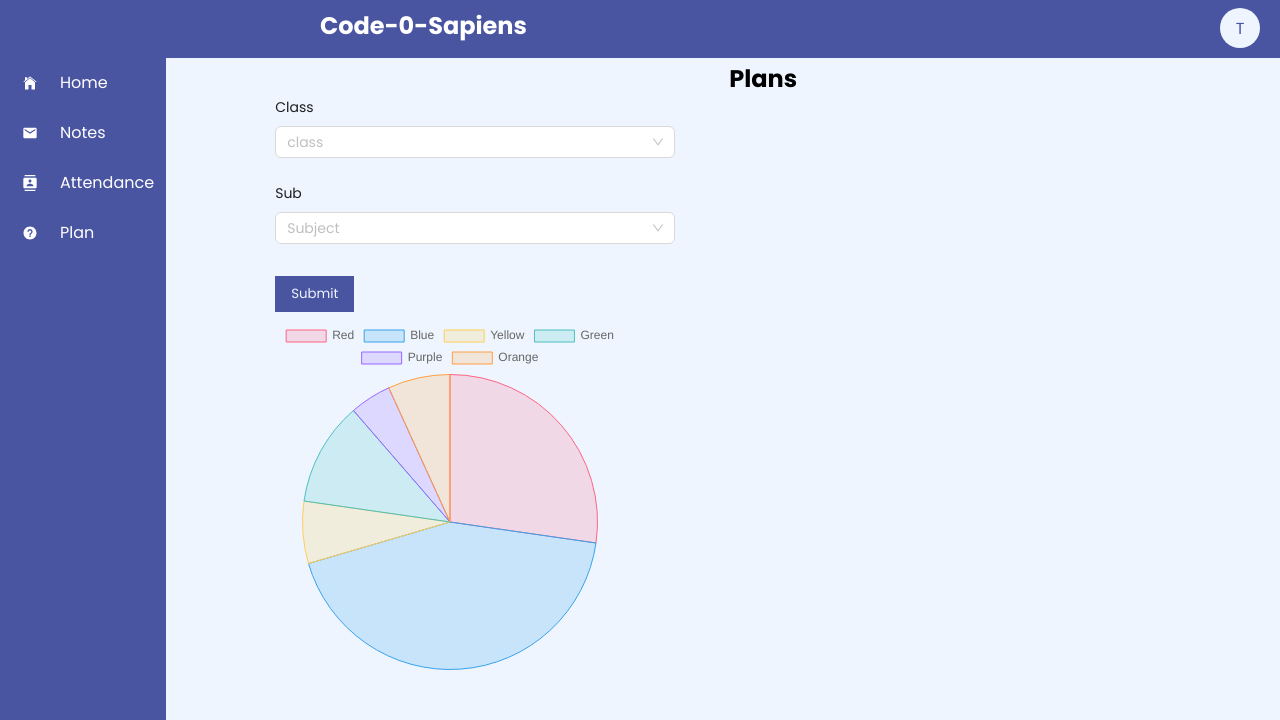
Repository: sinchana-P/code-0-sapiens
Page: /plans (app in client/)
The author's editor kept a copy of each file at every save. The page is drawn from the files as they stood at one save, then again after the next save.
The browser window is 1280 px wide. The pictures show the whole page.
The project was rebuilt for these pictures with package versions that can differ from the ones it lists, and the page was loaded fresh each time. Also part of the build but not shown: client/src/components/auth/login/FormLayoutLogin.jsx, client/src/components/auth/login/Login.jsx, client/src/components/auth/register/FormLayoutRegister.jsx, client/src/components/auth/register/Register.jsx, client/src/components/homeScene/Home.jsx, client/src/components/notes/Notes.jsx, client/src/components/attendance/Attendance.jsx, client/src/components/profile/Profile.jsx and 5 more.

Above is the page before, as saved 2024-03-01 07:33:36.

### client/public/index.html
<!DOCTYPE html>
<html lang="en">
  <head>
    <meta charset="utf-8" />
    <link rel="icon" href="%PUBLIC_URL%/favicon.ico" />
    <meta name="viewport" content="width=device-width, initial-scale=1" />
    <meta name="theme-color" content="#000000" />
    <meta
      name="description"
      content="Web site created using create-react-app"
    />
    <link rel="apple-touch-icon" href="%PUBLIC_URL%/logo192.png" />
    <!--
      manifest.json provides metadata used when your web app is installed on a
      user's mobile device or desktop. See https://developers.google.com/web/fundamentals/web-app-manifest/
    -->
    <link rel="manifest" href="%PUBLIC_URL%/manifest.json" />
    <!--
      Notice the use of %PUBLIC_URL% in the tags above.
      It will be replaced with the URL of the `public` folder during the build.
      Only files inside the `public` folder can be referenced from the HTML.

      Unlike "/favicon.ico" or "favicon.ico", "%PUBLIC_URL%/favicon.ico" will
      work correctly both with client-side routing and a non-root public URL.
      Learn how to configure a non-root public URL by running `npm run build`.
    -->
    <link rel="preconnect" href="https://fonts.googleapis.com">
<link rel="preconnect" href="https://fonts.gstatic.com" crossorigin>
<link href="https://fonts.googleapis.com/css2?family=Poppins:ital,wght@0,100;0,200;0,300;0,400;0,500;0,600;0,700;0,800;0,900;1,100;1,200;1,300;1,400;1,500;1,600;1,700;1,800;1,900&display=swap" rel="stylesheet">
    <title>Code-0-Sapiens</title>
  </head>
  <body>
    <noscript>You need to enable JavaScript to run this app.</noscript>
    <div id="root"></div>
    <!--
      This HTML file is a template.
      If you open it directly in the browser, you will see an empty page.

      You can add webfonts, meta tags, or analytics to this file.
      The build step will place the bundled scripts into the <body> tag.

      To begin the development, run `npm start` or `yarn start`.
      To create a production bundle, use `npm run build` or `yarn build`.
    -->
  </body>
</html>

### client/src/index.js
import React from 'react';
import ReactDOM from 'react-dom/client';
import './index.css';
import App from './App';
import reportWebVitals from './reportWebVitals';
import { BrowserRouter } from 'react-router-dom'
import { apiSlice } from './api/apiSlice';
import {ApiProvider} from '@reduxjs/toolkit/query/react'

const root = ReactDOM.createRoot(document.getElementById('root'));
root.render(
  <BrowserRouter>
    <React.StrictMode>
      <ApiProvider api={apiSlice}>
        <App />
      </ApiProvider>
    </React.StrictMode>
  </BrowserRouter>,
);

// If you want to start measuring performance in your app, pass a function
// to log results (for example: reportWebVitals(console.log))
// or send to an analytics endpoint. Learn more: https://bit.ly/CRA-vitals
reportWebVitals();

### client/src/App.jsx

import './App.css';
import { useState } from 'react';
import { Routes, Route } from 'react-router-dom'
import Login from './components/auth/login/Login'
import Register from './components/auth/register/Register';
import Topbar from './components/global/topbar/Topbar';
import Sidebar from './components/global/sidebar/Sidebar';
import Home from './components/homeScene/Home';
import Notes from './components/notes/Notes';
import Plans from './components/plans/Plans';
import Attendance from './components/attendance/Attendance';
import Profile from './components/profile/Profile';
import StudentSidebar from './components/global/sidebar/StudentSidebar';
import StdHome from './components/stdHome/StdHome';
import StdAttendance from './components/stdAttendance/StdAttendance'
import StdNotes from './components/stdNotes/StdNotes';
import StdDoubts from './components/stdDoubts/StdDoubts';

function App() {
  const [userRole, setUserRole] = useState('Teacher')

  return (
    <div className="App">
      <div className='app-container'>

      <Topbar userRole={userRole}/>

        <div className='main-content'>
          <div className='left-content-container'>

          {
            userRole === 'Teacher' ? (<Sidebar /> ) : (<StudentSidebar /> )
          }

          </div>
          <div className='right-content-container'>
            <Routes>
              <Route path='/login' element={ <Login/> } />
              <Route path='/register' element={ <Register/> } />
              <Route path='/home' element={ <Home/> } />
              <Route path='/notes' element={ <Notes/> } />
              <Route path='/attendance' element={ <Attendance/> } />
              <Route path='/plans' element={ <Plans/> } />
              {/* <Route path='/profile' element={ <Profile/> } /> */}
              <Route path='/student' element={ <StdHome/> } />
              <Route path='/student/attendance' element={ <StdAttendance/> } />
              <Route path='/student/attendance' element={ <StdNotes/> } />
              <Route path='/student/attendance' element={ <StdDoubts/> } />
            </Routes>
          </div>
        </div>
      </div>

    </div>
  );
}

export default App;

### client/src/App.css
@import url('https://fonts.googleapis.com/css2?family=Poppins:ital,wght@0,100;0,200;0,300;0,400;0,500;0,600;0,700;0,800;0,900;1,100;1,200;1,300;1,400;1,500;1,600;1,700;1,800;1,900&display=swap');

* {
  font-family: "Poppins", sans-serif;
}

/* --- */
.full-width-container {
  width: 100%;
  display: flex;
  justify-content: center;
  align-items: center;
}
/* --- */

.right-content-container {
  background-color: #EEF5FF;
  display: flex;
  align-items: start;
  justify-content: center;
}

.app-container {
  display: flex;
  flex-direction: column;
}

.main-content {
  display: flex;
  flex-direction: row;
}

.left-content-container {
  width: 13vw;
}

.right-content-container {
  width: 87vw;

}

### client/src/components/global/topbar/Topbar.jsx
import React, {useState} from 'react'
import './Topbar.css'

const Topbar = ({userRole}) => {
  // const [userRole, setUserRole] = useState('Teacher')

  return (
    <div className='topbar-container'>
        <h2 style={{textAlign: 'left'}} className='logo-text'>Code-0-Sapiens</h2>

        <div className='profile-div'>
          {userRole === 'Teacher' ? 'T' : (userRole === 'Student' ? 'S' : '')}
        </div>
    </div>
  )
}

export default Topbar

### client/src/components/global/sidebar/Sidebar.jsx
import './Sidebar.css'
import { SidebarData } from './SidebarData';
import { Link, NavLink } from 'react-router-dom';


const Sidebar=()=> {
  return (
    <div className='sidebar'>
       <ul className='sidebarList'>
        {
        SidebarData.map((value,key)=>{
            return (
              <NavLink to={value.route} key={key} className='row' >
                <div id='icon'>{value.icon}</div>
                <div id='title'>{value.title}</div>
              </NavLink>
            )
        })
        }
       </ul>
    </div>
  )
}

export default Sidebar

### client/src/components/plans/Plans.jsx
import React, {useState} from 'react';
import { Form, Select, Checkbox } from 'antd';
import './Plans.css'
import { Chart as ChartJS, ArcElement, Tooltip, Legend } from 'chart.js';
import { Pie } from 'react-chartjs-2';


const SidebarData = [
  {
    cls_id: '8',
    sub_id: '1',
    mod_id: 'Module 1',
    chp_id: 'Chapter 1',
    completed: true
  },
  {
    cls_id: '8',
    sub_id: '1',
    mod_id: 'Module 1',
    chp_id: 'Chapter 2',
    completed: false
  },
  {
    cls_id: '8',
    sub_id: '1',
    mod_id: 'Module 1',
    chp_id: 'Chapter 3',
    completed: true
  },
  {
    cls_id: '8',
    sub_id: '1',
    mod_id: 'Module 1',
    chp_id: 'Chapter 4',
    completed: false
  },
  {
    cls_id: '8',
    sub_id: '1',
    mod_id: 'Module 1',
    chp_id: 'Chapter 5',
    completed: true
  },
  {
    cls_id: '8',
    sub_id: '1',
    mod_id: 'Module 2',
    chp_id: 'Chapter 1',
    completed: false
  },
  {
    cls_id: '8',
    sub_id: '1',
    mod_id: 'Module 2',
    chp_id: 'Chapter 2',
    completed: true
  },
  {
    cls_id: '8',
    sub_id: '1',
    mod_id: 'Module 2',
    chp_id: 'Chapter 3',
    completed: true
  },
  {
    cls_id: '8',
    sub_id: '1',
    mod_id: 'Module 2',
    chp_id: 'Chapter 4',
    completed: true
  },
  {
    cls_id: '8',
    sub_id: '1',
    mod_id: 'Module 2',
    chp_id: 'Chapter 5',
    completed: true
  }
];

const CheckboxGroup = Checkbox.Group;
ChartJS.register(ArcElement, Tooltip, Legend);

const Plans = () => {

    const [isSubmit, setIsSubmit] = useState(false)

    const data = {
      labels: ['Red', 'Blue', 'Yellow', 'Green', 'Purple', 'Orange'],
      datasets: [
        {
          label: '# of Votes',
          data: [12, 19, 3, 5, 2, 3],
          backgroundColor: [
            'rgba(255, 99, 132, 0.2)',
            'rgba(54, 162, 235, 0.2)',
            'rgba(255, 206, 86, 0.2)',
            'rgba(75, 192, 192, 0.2)',
            'rgba(153, 102, 255, 0.2)',
            'rgba(255, 159, 64, 0.2)',
          ],
          borderColor: [
            'rgba(255, 99, 132, 1)',
            'rgba(54, 162, 235, 1)',
            'rgba(255, 206, 86, 1)',
            'rgba(75, 192, 192, 1)',
            'rgba(153, 102, 255, 1)',
            'rgba(255, 159, 64, 1)',
          ],
          borderWidth: 1,
        },
      ],
    };

  // Grouping chapters by module
  const groupedChapters = SidebarData.reduce((acc, curr) => {
    const { mod_id, chp_id } = curr;
    if (!acc[mod_id]) {
      acc[mod_id] = [];
    }
    acc[mod_id].push(chp_id);
    console.log('acc');
    console.log(acc);
    return acc;
  }, {});

  const handleSubmit = () => {
    setIsSubmit(true)
  }

  return (
    <div className='plans-main'>
      <h2 className='heading'>Plans</h2>
        <Form
            layout="vertical"
            name="basic"
            labelCol={{ span: 8 }}
            wrapperCol={{ span: 16 }}
            style={{ maxWidth: 600 }}
            initialValues={{ remember: true }}
            autoComplete="off"
        >
            <Form.Item label="Class" rules={[{ required: true, message: 'Please select class!' }]}>
            <Select placeholder="class">
                <Select.Option value="class8">Class 8</Select.Option>
                <Select.Option value="class9">Class 9</Select.Option>
                <Select.Option value="class10">Class 10</Select.Option>
            </Select>
            </Form.Item>
            <Form.Item label="Sub" rules={[{ required: true, message: 'Please select class!' }]}>
            <Select placeholder="Subject">
                <Select.Option value="maths">Maths</Select.Option>
                <Select.Option value="science">Science</Select.Option>
                <Select.Option value="social">Social</Select.Option>
            </Select>
            </Form.Item>
        </Form>

        <button onClick={handleSubmit}>Submit</button>

            <div>
                {isSubmit && (
                    <>
                    {Object.keys(groupedChapters).map((module, index) => (

                      <div key={index} className='module-chapters-checkbox'>
                      <h3>{module}</h3>
                      <CheckboxGroup>
                          {groupedChapters[module].map((chapter, i) => (
                          <Checkbox checked key={i} value={chapter} style={{width: '1200px'}} >
                              {chapter}
                          </Checkbox>
                          ))}
                      </CheckboxGroup>

                      </div>

                  ))}
                  <button>Update Plan</button>
                    </>
                )}
            </div>

            <div style={{width:'350px', height: '350px'}} className='pie-container'>
              <Pie
                data={data}
                width={50}
                height={50}
              />
            </div>



        </div>



  );
}

export default Plans;

### client/src/components/auth/login/Login.css
.login-container{
    padding: 1rem 0;
    /* background-color: pink; */
    width: 50vw;

}

h2 {
    text-align: center;
    margin-left: 20rem;
}

### client/src/components/auth/register/Register.css
.register-container{
    padding: 1rem 0;
    /* background-color: pink; */
    width: 50vw;

}

h2 {
    text-align: center;
    margin-left: 20rem;
}

### client/src/components/global/topbar/Topbar.css
.topbar-container {
    background-color: #4A55A2;
    min-width: 95vw;
    height: 4rem;
    display: flex;
    flex-direction: row;
    justify-content: space-between;
}

.profile-div {
    background-color: #EEF5FF;
    color: #4a55a2;
    width: 40px;
    height: 40px;
    border-radius: 50%;
    display: flex;
    justify-content: center;
    align-items: center;
    margin-top: 8px;
    margin-right: 20px;
}

.logo-text {
    color: white;
    /* text-align: center; */
    margin-top: 0.5rem;
}

### client/src/components/global/sidebar/Sidebar.css
*{
    margin: 0;
    padding: 0;
  }
  .App{
    width: 100vw;
    height: 100vh;
    display: flex;
  }

  .sidebar{
    height: 92vh;
    width: 200px;
    background-color: #4A55A2;
  }

  .sidebarList{
    height: auto;
    width: 100%;
    padding: 0;
  }

  .sidebarList .row{
    width: 100%;
    height: 50px;
    list-style-type: none;
    margin: 0;
    display: flex;
    flex-direction: row;
    color: white;
    justify-content: center;
    align-items: center;
    text-decoration: none;
  }

  .sidebarList .row:hover{
    cursor: pointer;
    background-color: #EEF5FF;
    color: black;

  }

  .row #icon{
    flex: 30%;
    display: grid;
    place-items: center;
  }

  .row #title{
    flex: 70%;
  }

  .row .active {
    background-color: #EEF5FF;
    color: black;
  }

### client/src/components/global/sidebar/SidebarData.js
import { IoIosHome,IoMdHelpCircle } from "react-icons/io";
import { MdEmail,MdContacts } from "react-icons/md";
import { FaRegCalendarCheck } from "react-icons/fa";


export const SidebarData=[
       {
              title:"Home",
              icon:<IoIosHome />,
              route:"/"
       },
       {
              title:"Notes",
              icon:<MdEmail />,
              route:"/notes"
       },
       {
              title:"Attendance",
              icon:<MdContacts />,
              route:"/attendance"
       },
       {
              title:"Plan",
              icon:<IoMdHelpCircle />,
              route:"/plans"
       },
       // {
       //        title:"Profile",
       //        icon:<FaRegCalendarCheck />,
       //        route:"/profile"
       // },
]

### client/src/components/notes/Notes.css
.notes-main {
    width: 87vw;
}

.heading {
    margin-left: 28rem;
}

.notes-container{
    margin: 1rem 18rem;
}

.notes-form-container {
    padding: 1rem 0;
}

.notes-upload-main {
    display: flex;
    flex-direction: row;
}


.notes-upload-container {
    display: flex;
    flex-direction: column;
}

.notes-pdf, .notes-link {
    display: flex;
    flex-direction: row;
    padding: 0.5rem 0;
}

.notes-upload-container {
    padding: 0rem 1rem;
}

p{
    font-weight: bold;
}

### client/src/components/plans/Plans.css
.plans-main{
    width: 70vw;
    padding: 0.2rem 5rem;
    /* max-height: 90vh; */

}

.module-chapters-checkbox {
    display: flex;
    flex-direction: column;
    justify-content: start;
}

.heading {
    margin-left: 5rem;
}

.plans-checkbox-chart-container {
    display: flex;
    flex-direction: row;
    justify-content: space-evenly;

}

### client/src/components/attendance/Attendance.css
.attendance-main {
    /* background-color: pink; */
    width: 80vw;
}

.attendance-class {
    /* background-color: pink; */
}

.attendance-class-inputs-container {
    display: flex;
    flex-direction: row;
    min-width: 80vw;
}

.attendance-class-each {
    width: 15rem;
    margin: 2rem;
}

button {
    background-color: #4a55a2;
    color: #EEF5FF;
    border: none;
    padding: 0.5rem 1rem;
    margin: 0.5rem 0;
}

button:hover {
    background-color: #b9cae3;
    color: #4a55a2;
    cursor: pointer;
}

### client/src/components/stdAttendance/StdAttendance.css
.attendance-main {
    /* background-color: pink; */
    width: 87vw;
    padding: 1rem 20rem;
}

.attendance-class {
    /* background-color: pink; */
}

.attendance-class-inputs-container {
    display: flex;
    flex-direction: row;
    min-width: 80vw;
}

.attendance-class-each {
    width: 15rem;
    margin: 2rem;
}

button {
    background-color: #4a55a2;
    color: #EEF5FF;
    border: none;
    padding: 0.5rem 1rem;
    margin: 0.5rem 0;
}

button:hover {
    background-color: #b9cae3;
    color: #4a55a2;
    cursor: pointer;
}

.header {
    margin: 1rem 5rem;
}

Loaded but not shown: client/src/index.css (common file); client/src/reportWebVitals.js (common file); client/src/api/apiSlice.js (69 lines, source omitted); client/src/components/global/sidebar/StudentSidebarData.js (32 lines, source omitted)

After the next save:
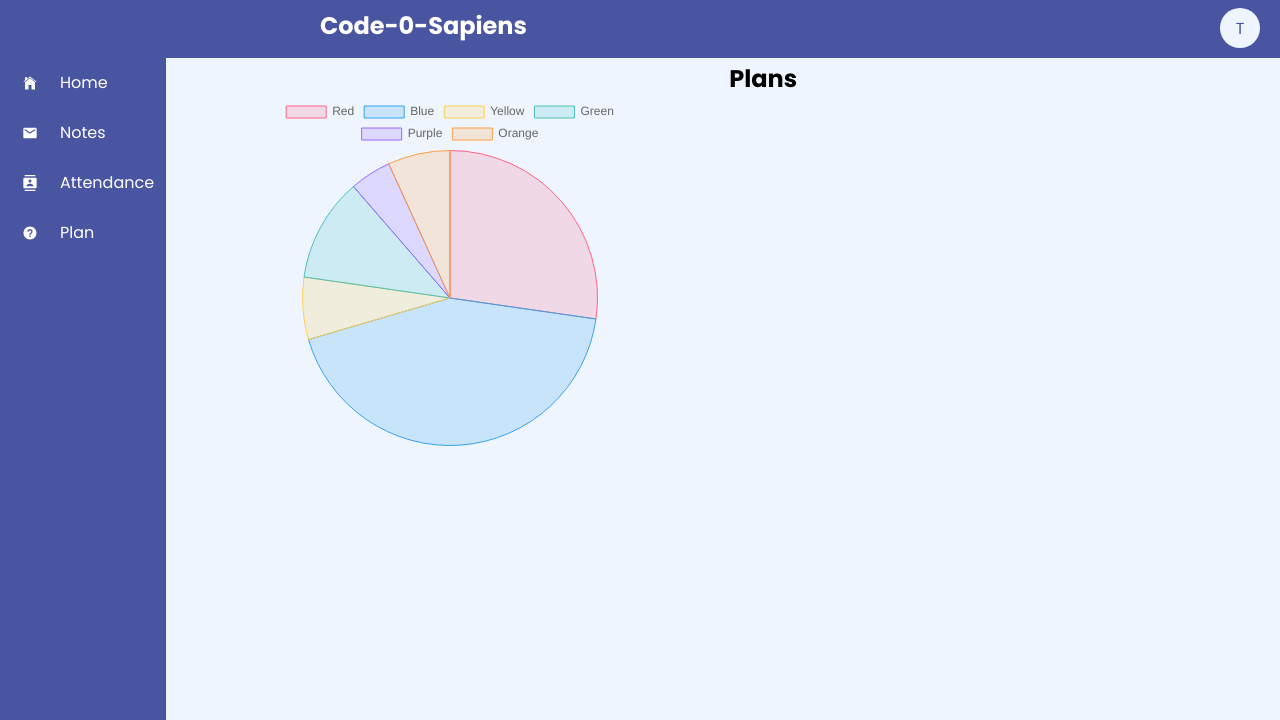
Saved 34 s later.
--- a/client/src/components/plans/Plans.jsx
+++ b/client/src/components/plans/Plans.jsx
@@ -131,55 +131,7 @@
   return (
     <div className='plans-main'>
       <h2 className='heading'>Plans</h2>
-        <Form
-            layout="vertical"
-            name="basic"
-            labelCol={{ span: 8 }}
-            wrapperCol={{ span: 16 }}
-            style={{ maxWidth: 600 }}
-            initialValues={{ remember: true }}
-            autoComplete="off"
-        >
-            <Form.Item label="Class" rules={[{ required: true, message: 'Please select class!' }]}>
-            <Select placeholder="class">
-                <Select.Option value="class8">Class 8</Select.Option>
-                <Select.Option value="class9">Class 9</Select.Option>
-                <Select.Option value="class10">Class 10</Select.Option>
-            </Select>
-            </Form.Item>
-            <Form.Item label="Sub" rules={[{ required: true, message: 'Please select class!' }]}>
-            <Select placeholder="Subject">
-                <Select.Option value="maths">Maths</Select.Option>
-                <Select.Option value="science">Science</Select.Option>
-                <Select.Option value="social">Social</Select.Option>
-            </Select>
-            </Form.Item>
-        </Form>
 
-        <button onClick={handleSubmit}>Submit</button>
-
-            <div>
-                {isSubmit && (
-                    <>
-                    {Object.keys(groupedChapters).map((module, index) => (
-
-                      <div key={index} className='module-chapters-checkbox'>
-                      <h3>{module}</h3>
-                      <CheckboxGroup>
-                          {groupedChapters[module].map((chapter, i) => (
-                          <Checkbox checked key={i} value={chapter} style={{width: '1200px'}} >
-                              {chapter}
-                          </Checkbox>
-                          ))}
-                      </CheckboxGroup>
-
-                      </div>
-
-                  ))}
-                  <button>Update Plan</button>
-                    </>
-                )}
-            </div>
 
             <div style={{width:'350px', height: '350px'}} className='pie-container'>
               <Pie

After the 2 saves that followed:
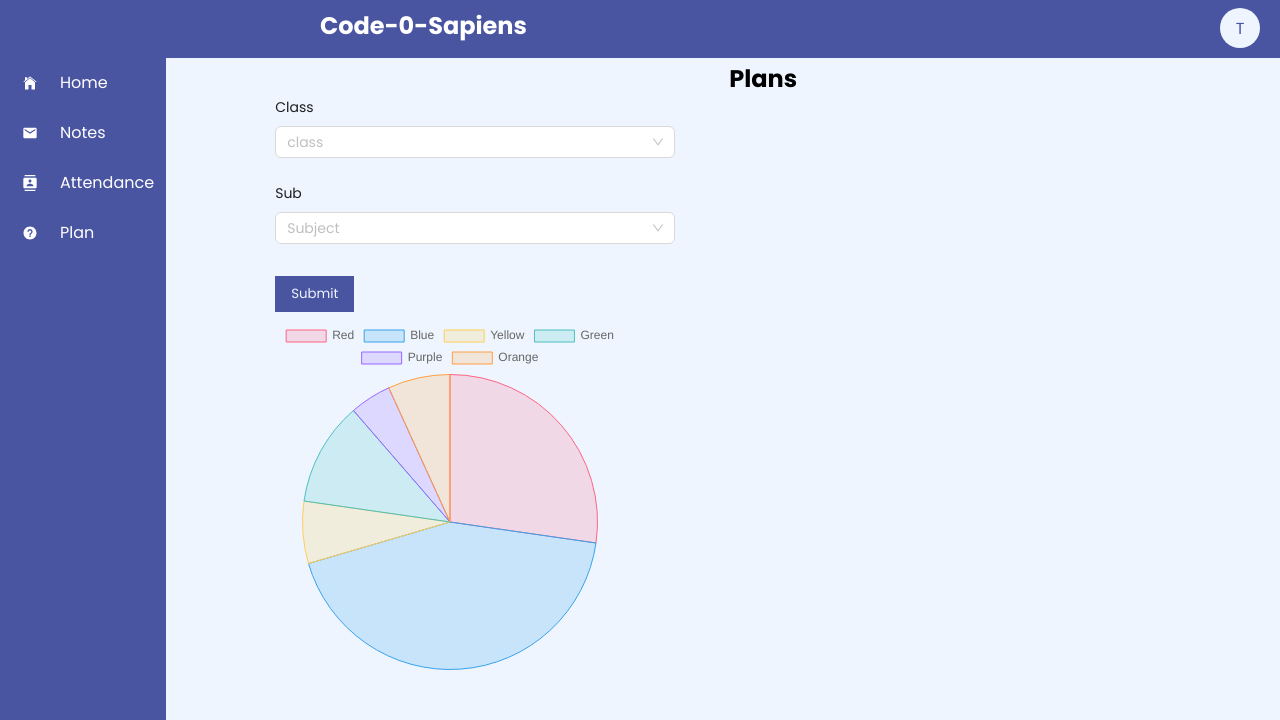
The 2 saves are shown as one change because 1 left the picture as it was.
The last was saved 10 s later.
--- a/client/src/components/plans/Plans.jsx
+++ b/client/src/components/plans/Plans.jsx
@@ -131,7 +131,57 @@
   return (
     <div className='plans-main'>
       <h2 className='heading'>Plans</h2>
-
+            <div>
+            <Form
+            layout="vertical"
+            name="basic"
+            labelCol={{ span: 8 }}
+            wrapperCol={{ span: 16 }}
+            style={{ maxWidth: 600 }}
+            initialValues={{ remember: true }}
+            autoComplete="off"
+        >
+            <Form.Item label="Class" rules={[{ required: true, message: 'Please select class!' }]}>
+            <Select placeholder="class">
+                <Select.Option value="class8">Class 8</Select.Option>
+                <Select.Option value="class9">Class 9</Select.Option>
+                <Select.Option value="class10">Class 10</Select.Option>
+            </Select>
+            </Form.Item>
+            <Form.Item label="Sub" rules={[{ required: true, message: 'Please select class!' }]}>
+            <Select placeholder="Subject">
+                <Select.Option value="maths">Maths</Select.Option>
+                <Select.Option value="science">Science</Select.Option>
+                <Select.Option value="social">Social</Select.Option>
+            </Select>
+            </Form.Item>
+        </Form>
+
+        <button onClick={handleSubmit}>Submit</button>
+
+            <div>
+                {isSubmit && (
+                    <>
+                    {Object.keys(groupedChapters).map((module, index) => (
+
+                      <div key={index} className='module-chapters-checkbox'>
+                      <h3>{module}</h3>
+                      <CheckboxGroup>
+                          {groupedChapters[module].map((chapter, i) => (
+                          <Checkbox checked key={i} value={chapter} style={{width: '1200px'}} >
+                              {chapter}
+                          </Checkbox>
+                          ))}
+                      </CheckboxGroup>
+
+                      </div>
+
+                  ))}
+                  <button>Update Plan</button>
+                    </>
+                )}
+            </div>
+            </div>
 
             <div style={{width:'350px', height: '350px'}} className='pie-container'>
               <Pie
